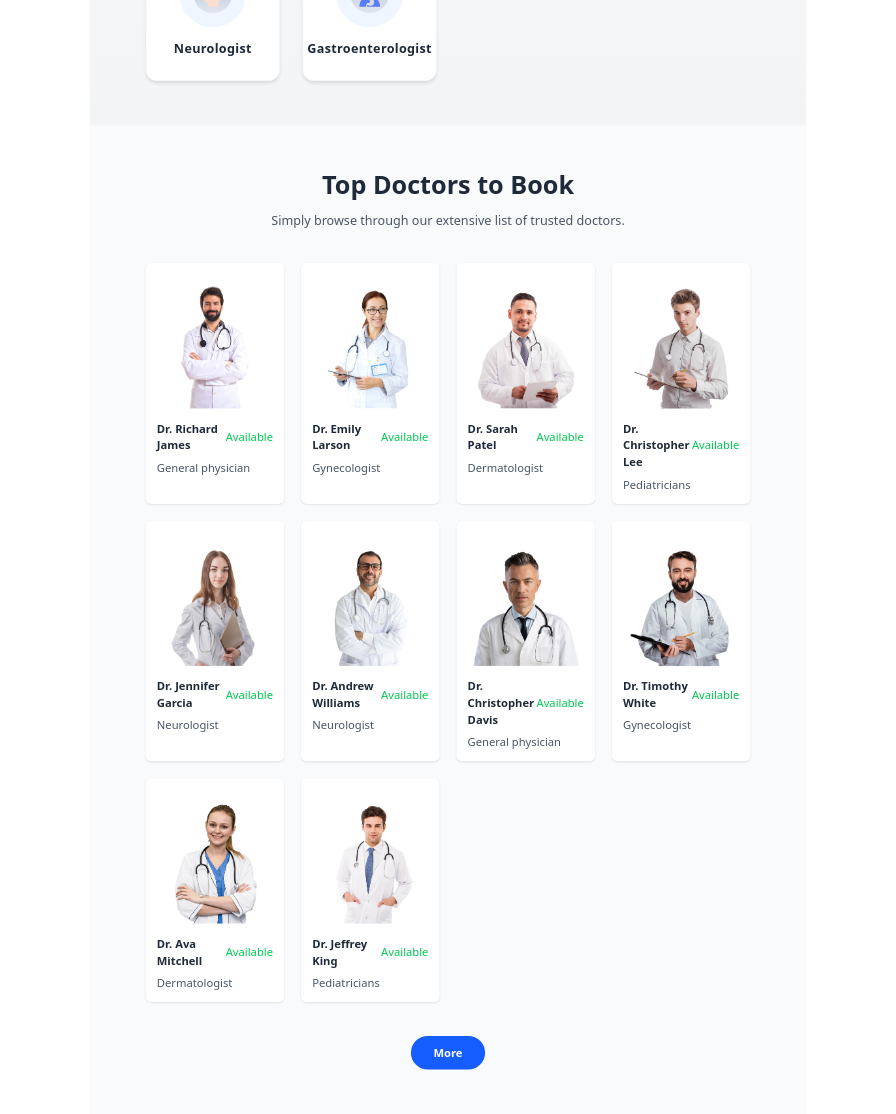
Repository: Pran2535/appointement_booking
Page: / (app in frontend/)
These files come from the project's save history. The page is drawn as it stood at one moment and after the next save; the edit follows.
The browser window is 1280 px wide. The pictures show the part of the page from y = 1277 to 3197 px (the page is 2869 px tall before and 3425 px after), at 70% of full size.
The project was rebuilt for these pictures with package versions that can differ from the ones it lists, and the page was loaded fresh each time. Also part of the build but not shown: frontend/vite.config.js, frontend/src/pages/About.jsx, frontend/src/pages/MyAppointments.jsx, frontend/src/pages/Doctors.jsx, frontend/src/pages/Login.jsx, frontend/src/pages/Contact.jsx, frontend/src/pages/MyProfile.jsx, frontend/src/pages/Appointment.jsx.

Above is the page before, as saved 2025-02-16 21:39:54.

After the next save:
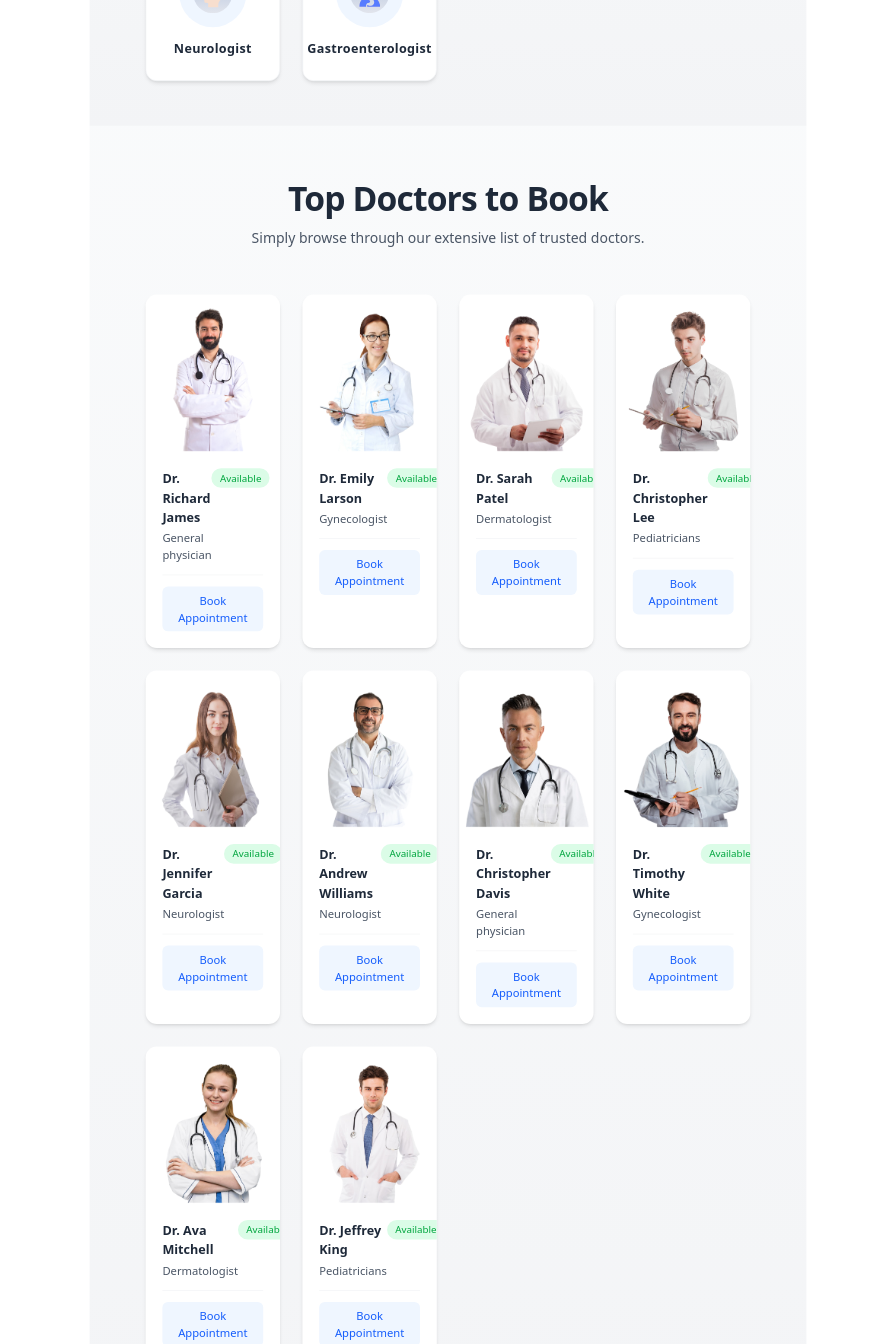
Saved 2 min 30 s later.
--- a/frontend/src/components/TopDoctors.jsx
+++ b/frontend/src/components/TopDoctors.jsx
@@ -3,43 +3,64 @@ import { doctors } from '../assets/assets';
 
 const TopDoctors = () => {
   return (
-    <section className="py-16 bg-gray-50">
+    <section className="py-20 bg-gradient-to-b from-gray-50 to-gray-100">
       <div className="max-w-6xl mx-auto px-6 md:px-12 lg:px-20">
         {/* Header Section */}
-        <header className="text-center mb-12">
-          <h1 className="text-3xl md:text-4xl font-bold text-gray-800">
+        <header className="text-center mb-16 space-y-4">
+          <h1 className="text-4xl md:text-5xl font-bold text-gray-800 tracking-tight">
             Top Doctors to Book
           </h1>
-          <p className="text-lg text-gray-600 mt-4">
+          <p className="text-xl text-gray-600 max-w-2xl mx-auto font-light leading-relaxed">
             Simply browse through our extensive list of trusted doctors.
           </p>
         </header>
 
         {/* Doctors Grid */}
-        <div className="grid grid-cols-1 sm:grid-cols-2 md:grid-cols-3 lg:grid-cols-4 gap-6">
+        <div className="grid grid-cols-1 sm:grid-cols-2 md:grid-cols-3 lg:grid-cols-4 gap-8">
           {doctors.slice(0, 10).map((doctor, index) => (
             <div
               key={index}
-              className="bg-white p-4 rounded-lg shadow hover:shadow-lg transition-shadow duration-300"
+              className="group bg-white rounded-2xl overflow-hidden shadow-md hover:shadow-xl transition-all duration-300 transform hover:-translate-y-2"
             >
-              <img
-                src={doctor.image}
-                alt={doctor.name}
-                className="w-full h-48 object-cover rounded-lg mb-4"
-              />
-              <div className="flex justify-between items-center mb-2">
-                <p className="text-gray-800 font-semibold">{doctor.name}</p>
-                <span className="text-green-500 font-medium">Available</span>
+              <div className="relative overflow-hidden">
+                <img
+                  src={doctor.image}
+                  alt={doctor.name}
+                  className="w-full h-56 object-cover transform group-hover:scale-110 transition-transform duration-500"
+                />
+                <div className="absolute inset-0 bg-gradient-to-t from-black/60 to-transparent opacity-0 group-hover:opacity-100 transition-opacity duration-300" />
               </div>
-              <p className="text-gray-600">{doctor.speciality}</p>
+
+              <div className="p-6 space-y-4">
+                <div className="flex justify-between items-start">
+                  <div className="space-y-1">
+                    <h3 className="text-lg font-semibold text-gray-800 group-hover:text-blue-600 transition-colors duration-300">
+                      {doctor.name}
+                    </h3>
+                    <p className="text-gray-600 font-medium">
+                      {doctor.speciality}
+                    </p>
+                  </div>
+                  <span className="inline-flex items-center px-3 py-1 rounded-full bg-green-100 text-green-600 text-sm font-medium">
+                    Available
+                  </span>
+                </div>
+
+                <div className="pt-4 border-t border-gray-100">
+                  <button className="w-full py-2 px-4 bg-blue-50 text-blue-600 rounded-lg font-medium hover:bg-blue-100 transition-colors duration-300">
+                    Book Appointment
+                  </button>
+                </div>
+              </div>
             </div>
           ))}
         </div>
 
         {/* More Button */}
-        <div className="flex justify-center mt-12">
-          <button className="bg-blue-600 hover:bg-blue-700 text-white font-bold py-3 px-8 rounded-full transition-colors duration-300">
-            More
+        <div className="flex justify-center mt-16">
+          <button className="group relative px-8 py-4 bg-gradient-to-r from-blue-600 to-blue-700 text-white font-bold rounded-full overflow-hidden shadow-lg hover:shadow-xl transition-all duration-300 hover:scale-105">
+            <span className="relative z-10">View More Doctors</span>
+            <div className="absolute inset-0 bg-gradient-to-r from-blue-700 to-blue-800 transform scale-x-0 group-hover:scale-x-100 transition-transform duration-300 origin-left" />
           </button>
         </div>
       </div>
